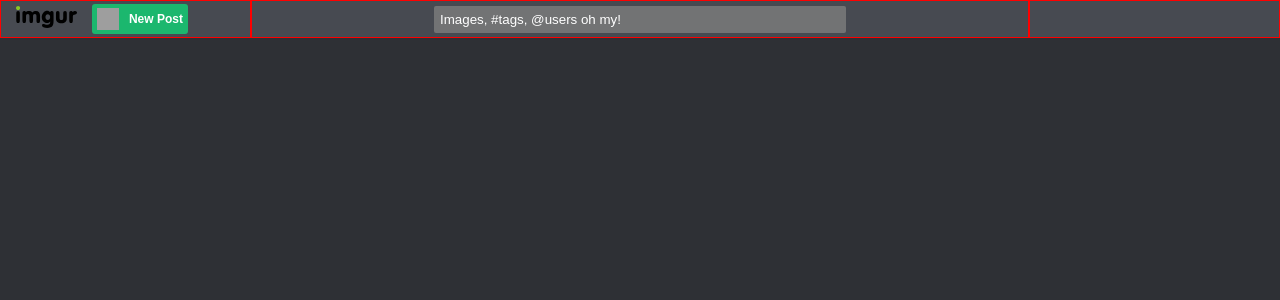
Repository: abhishek-hero/Revision
Page: Day1/Imgur_clone/Html/index.html
The author's editor kept a copy of each file at every save. The page is drawn from the files as they stood at one save, then again after the next save.
The browser window is 1280 px wide. The pictures show the whole page.
Pictures or frames that could not be fetched are drawn as grey boxes.

Above is the page before, as saved 2021-12-22 19:23:05.

### Day1/Imgur_clone/Html/index.html
<!DOCTYPE html>
<html lang="en">

<head>
    <meta charset="UTF-8">
    <meta http-equiv="X-UA-Compatible" content="IE=edge">
    <meta name="viewport" content="width=device-width, initial-scale=1.0">
    <link rel="stylesheet" href="../Css/style.css">
    <title>Document</title>
</head>

<body>

    <div class="navbar">

        <div class="logo_div">
            <div class="logo">
                <img src="../Images/Imgur_logo.svg" alt="">
            </div>
            <div class="newPost">
                <img src="https://s.imgur.com/desktop-assets/desktop-assets/icon-new-post.13ab64f9f36ad8f25ae3544b350e2ae1.svg"
                    alt="">
                <p>New Post</p>
            </div>
        </div>

        <div class="search_div">
            <input type="text" placeholder="Images, #tags, @users oh my!">

        </div>
        <div class="signup_div"></div>

    </div>

</body>
<script src="../Scripts/index.js"></script>

</html>

### Day1/Imgur_clone/Css/style.css
body {
    margin: 0%;
    font-family: Arial, Helvetica, sans-serif;
    color: #fff;
    background-color: #2e3035;

}

.navbar {
    display: flex;
    width: 100%;
    background: #474A51;

}


.navbar>div {
    border: 1px solid red;
    height: 36px;
}

.logo_div {
    display: flex;
    align-items: center;
    width: 360px;
}

.logo img {
    height: 22px;
    margin: 0 15px;
}

.newPost {
    display: flex;
    align-items: center;
    background-color: #1BB76E;
    height: 20px;
    padding: 5px;
    border-radius: 3px;
    font-size: 12px;
    font-weight: bold;
}


.newPost img {
    margin-right: 10px;
    height: 22px;
    width: 22px;
}

.signup_div {
    width: 360px;
}

.search_div {
    display: flex;
    align-items: center;
    justify-content: center;
    width: 1120px;
}

.search_div input {
    width: 400px;
    /* height: 22px; */
    padding: 6px;
    border-radius: 2px;
    border: none;
    outline: none;
    background-color: #727374;
}

.search_div input::placeholder {
    color: #FFFFFF;
}

Loaded but not shown: Day1/Imgur_clone/Scripts/index.js (no stored copy; drawn as an empty file)

After the next save:
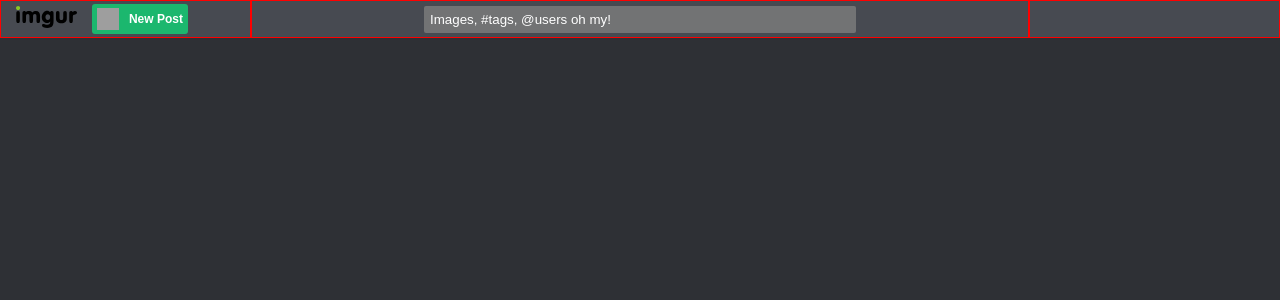
Saved 9 s later.
--- a/Day1/Imgur_clone/Css/style.css
+++ b/Day1/Imgur_clone/Css/style.css
@@ -60,7 +60,7 @@
 }
 
 .search_div input {
-    width: 400px;
+    width: 420px;
     /* height: 22px; */
     padding: 6px;
     border-radius: 2px;
